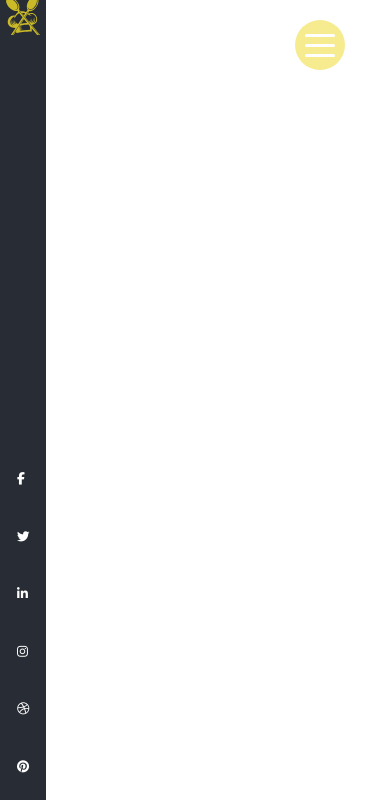
Repository: Esraa22M/Gordon-Ramsay-Biography
Page: index.html
The author's editor kept a copy of each file at every save. The page is drawn from the files as they stood at one save, then again after the next save.
The browser window is 375 px wide. The pictures show the whole page.
Some web fonts or font styles are not loaded; a fallback is used. Some web libraries are served in a nearby version.

Above is the page before, as saved 2022-12-11 05:06:21.

After the next save:
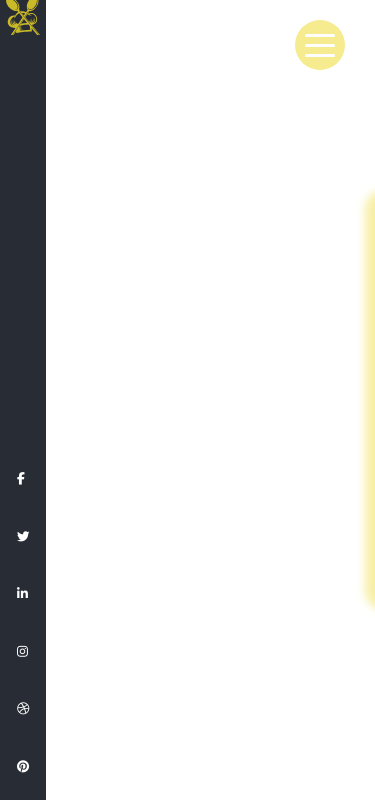
Saved 2 min 57 s later.
--- a/style.css
+++ b/style.css
@@ -168,6 +168,7 @@
     z-index: -1;
     border-radius: 1rem;
     background-color: var(--clr-neutral-100);
+    box-shadow: 0 0 1rem 1rem var(--clr-secondary);
   }
   .header__primary-nav-links li {
     margin-bottom: 4vh;

After the save that followed:
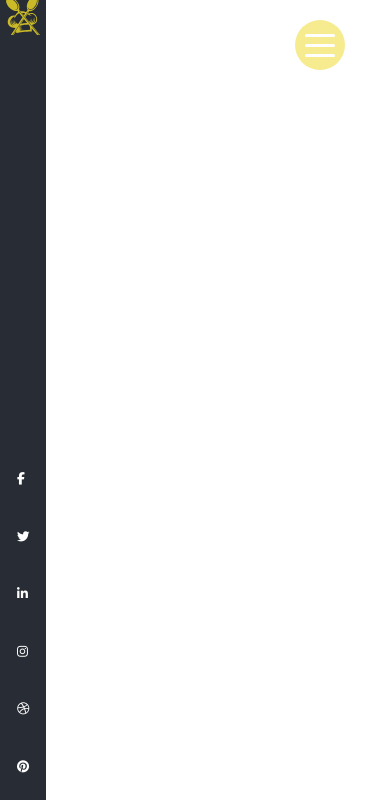
Saved 2 min 3 s later.
--- a/style.css
+++ b/style.css
@@ -168,7 +168,8 @@
     z-index: -1;
     border-radius: 1rem;
     background-color: var(--clr-neutral-100);
-    box-shadow: 0 0 1rem 1rem var(--clr-secondary);
+        box-shadow: 0 0 0.5rem 0.2rem var(--clr-light);
+
   }
   .header__primary-nav-links li {
     margin-bottom: 4vh;
